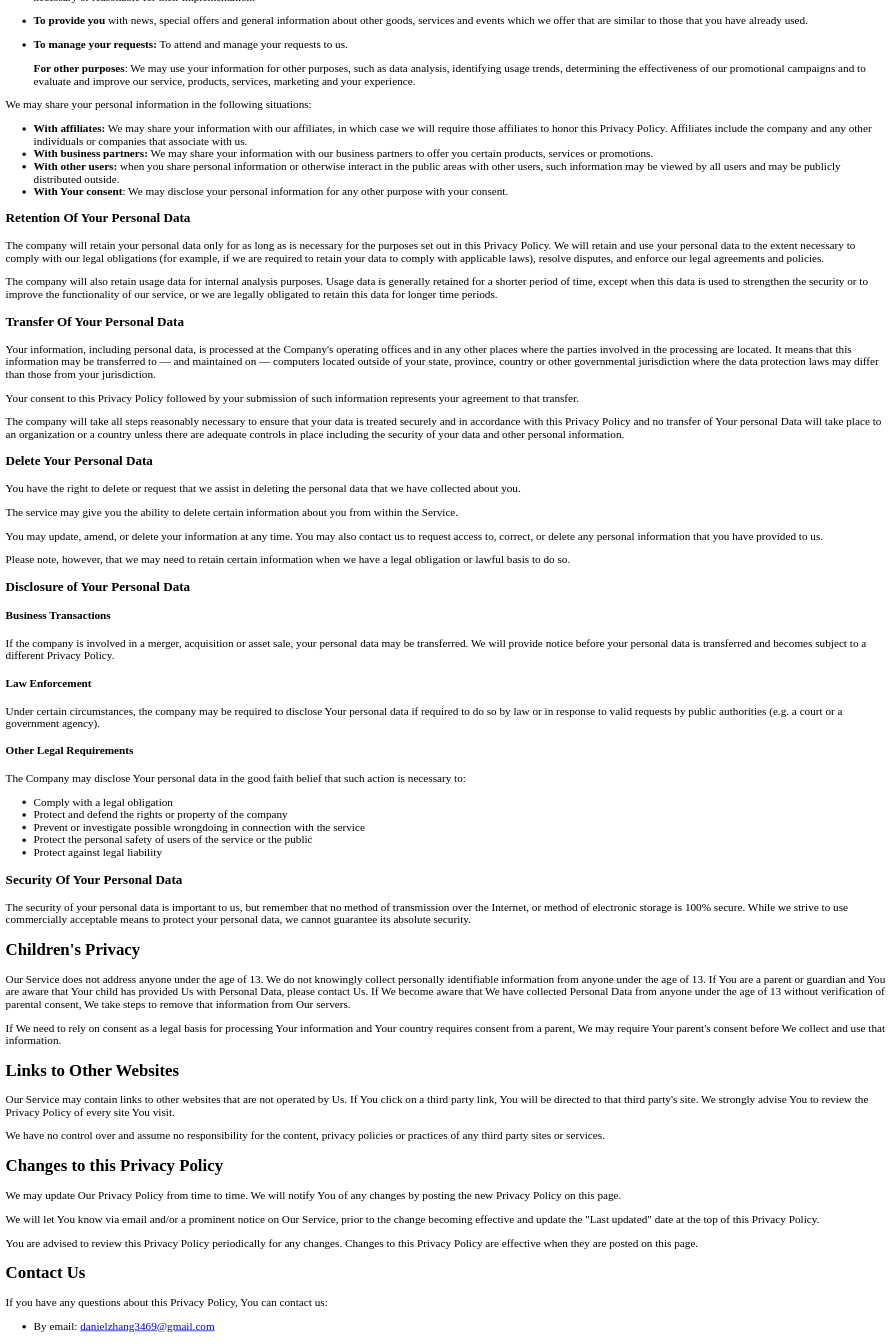
Repository: danielzhang2001/Clodbot
Page: privacy-policy.html
The author's editor kept a copy of each file at every save. The page is drawn from the files as they stood at one save, then again after the next save.
The browser window is 1280 px wide. The pictures show the part of the page from y = 1414 to 3334 px (the page is 3334 px tall before and 3300 px after), at 70% of full size.

Above is the page before, as saved 2024-04-18 01:59:11.

### privacy-policy.html
<h1>Privacy Policy</h1>
<p>Last updated: April 18, 2024</p>
<p>This Privacy Policy describes the policies and procedures on the collection, use and disclosure of your information
  when you use the Service and tells you about your privacy rights and how the law protects you.</p>
<p>We use your data from Pokemon Showdown to provide and improve the service. By using the service, you agree to the
  collection and use of information in accordance with this Privacy Policy. This Privacy Policy has been created with
  the help of the
  <a href="https://www.termsfeed.com/privacy-policy-generator/" target="_blank">Privacy Policy Generator</a>.
</p>
<h2>Interpretation and Definitions</h2>
<h3>Interpretation</h3>
<p>The words of which the initial letter is capitalized have meanings defined under the following conditions. The
  following definitions shall have the same meaning regardless of whether they appear in singular or in plural.</p>
<h3>Definitions</h3>
<p>For the purposes of this Privacy Policy:</p>
<ul>
  <li>
    <p><strong>Account</strong> means a unique account created for you to access our service or parts of our service.
    </p>
  </li>
  <li>
    <p><strong>Affiliate</strong> means an entity that controls, is controlled by or is under common control with a
      party, where &quot;control&quot; means ownership of 50% or more of the shares, equity interest or other securities
      entitled to vote for election of directors or other managing authority.</p>
  </li>
  <li>
    <p><strong>Application</strong> refers to Clodbot, the Discord bot program provided by the developer(s).</p>
  </li>
  <li>
    <p><strong>Company</strong> (referred to as either &quot;the Company&quot;, &quot;We&quot;, &quot;Us&quot; or
      &quot;Our&quot; in this Agreement) refers to Clodbot's developer(s).</p>
  </li>
  <li>
    <p><strong>Country</strong> refers to: Ontario, Canada</p>
  </li>
  <li>
    <p><strong>Device</strong> means any device that can access the service such as a computer, a cellphone or a digital
      tablet.</p>
  </li>
  <li>
    <p><strong>Personal Data</strong> is any information that relates to an identified or identifiable individual.</p>
  </li>
  <li>
    <p><strong>Service</strong> refers to the application.</p>
  </li>
  <li>
    <p><strong>Service Provider</strong> means any natural or legal person who processes the data on behalf of the
      company. It refers to third-party companies or individuals employed by the company to facilitate the Service, to
      provide the service on behalf of the company, to perform services related to the Service or to assist the company
      in analyzing how the service is used.</p>
  </li>
  <li>
    <p><strong>Usage Data</strong> refers to data collected automatically, either generated by the use of the service or
      from the service infrastructure itself (for example, the duration of a page visit).</p>
  </li>
  <li>
    <p><strong>You</strong> means the individual accessing or using the service, or the company, or other legal entity
      on behalf of which such individual is accessing or using the service, as applicable.</p>
  </li>
</ul>
<h2>Collecting and Using Your Personal Data</h2>
<h3>Types of Data Collected</h3>
<h4>Personal Data</h4>
<p>While using the service, you may be asked to provide certain personally identifiable information that can be
  used to contact or identify you. Personally identifiable information may include, but is not limited to:</p>
<ul>
  <li>Usage Data</li>
</ul>
<h4>Usage Data</h4>
<p>Usage Data is collected automatically when using the service.</p>
<p>Usage Data may include information such as your Device's Internet Protocol address (e.g. IP address), browser type,
  browser version, the pages of the service that you visit, the time and date of your visit, the time spent on those
  pages, unique device identifiers and other diagnostic data.</p>
<p>When You access the service by or through a mobile device, we may collect certain information automatically,
  including, but not limited to, the type of mobile device you use, your mobile device unique ID, the IP address of Your
  mobile device, your mobile operating system, the type of mobile Internet browser You use, unique device identifiers
  and other diagnostic data.</p>
<p>We may also collect information that your browser sends whenever you visit our service or when you access the service
  by or through a mobile device.</p>
<h3>Use of Your Personal Data</h3>
<p>The company may use personal data for the following purposes:</p>
<ul>
  <li>
    <p><strong>To provide and maintain our service</strong>, including to monitor the usage of our service.</p>
  </li>
  <li>
    <p><strong>To contact you:</strong> To contact you by email regarding updates or informative
      communications related to the functionalities, products or contracted services, including the security updates,
      when necessary or reasonable for their implementation.</p>
  </li>
  <li>
    <p><strong>To provide you</strong> with news, special offers and general information about other goods, services and
      events which we offer that are similar to those that you have already used.</p>
  </li>
  <li>
    <p><strong>To manage your requests:</strong> To attend and manage your requests to us.</p>
  </li>
  <p><strong>For other purposes</strong>: We may use your information for other purposes, such as data analysis,
    identifying usage trends, determining the effectiveness of our promotional campaigns and to evaluate and improve
    our service, products, services, marketing and your experience.</p>
  </li>
</ul>
<p>We may share your personal information in the following situations:</p>
<ul>
  <li><strong>With affiliates:</strong> We may share your information with our affiliates, in which case we will require
    those affiliates to honor this Privacy Policy. Affiliates include the company and any other individuals or
    companies that associate with us.</li>
  <li><strong>With business partners:</strong> We may share your information with our business partners to offer you
    certain products, services or promotions.</li>
  <li><strong>With other users:</strong> when you share personal information or otherwise interact in the public areas
    with other users, such information may be viewed by all users and may be publicly distributed outside.</li>
  <li><strong>With Your consent</strong>: We may disclose your personal information for any other purpose with your
    consent.</li>
</ul>
<h3>Retention Of Your Personal Data</h3>
<p>The company will retain your personal data only for as long as is necessary for the purposes set out in this Privacy
  Policy. We will retain and use your personal data to the extent necessary to comply with our legal obligations (for
  example, if we are required to retain your data to comply with applicable laws), resolve disputes, and enforce our
  legal agreements and policies.</p>
<p>The company will also retain usage data for internal analysis purposes. Usage data is generally retained for a
  shorter period of time, except when this data is used to strengthen the security or to improve the functionality of
  our service, or we are legally obligated to retain this data for longer time periods.</p>
<h3>Transfer Of Your Personal Data</h3>
<p>Your information, including personal data, is processed at the Company's operating offices and in any other places
  where the parties involved in the processing are located. It means that this information may be transferred to — and
  maintained on — computers located outside of your state, province, country or other governmental jurisdiction where
  the data protection laws may differ than those from your jurisdiction.</p>
<p>Your consent to this Privacy Policy followed by your submission of such information represents your agreement to that
  transfer.</p>
<p>The company will take all steps reasonably necessary to ensure that your data is treated securely and in accordance
  with this Privacy Policy and no transfer of Your personal Data will take place to an organization or a country unless
  there are adequate controls in place including the security of your data and other personal information.</p>
<h3>Delete Your Personal Data</h3>
<p>You have the right to delete or request that we assist in deleting the personal data that we have collected about
  you.</p>
<p>The service may give you the ability to delete certain information about you from within the Service.</p>
<p>You may update, amend, or delete your information at any time. You may also contact us to
  request access to, correct, or delete any personal information that you have provided to us.</p>
<p>Please note, however, that we may need to retain certain information when we have a legal obligation or lawful basis
  to do so.</p>
<h3>Disclosure of Your Personal Data</h3>
<h4>Business Transactions</h4>
<p>If the company is involved in a merger, acquisition or asset sale, your personal data may be transferred. We will
  provide notice before your personal data is transferred and becomes subject to a different Privacy Policy.</p>
<h4>Law Enforcement</h4>
<p>Under certain circumstances, the company may be required to disclose Your personal data if required to do so by law
  or in response to valid requests by public authorities (e.g. a court or a government agency).</p>
<h4>Other Legal Requirements</h4>
<p>The Company may disclose Your personal data in the good faith belief that such action is necessary to:</p>
<ul>
  <li>Comply with a legal obligation</li>
  <li>Protect and defend the rights or property of the company</li>
  <li>Prevent or investigate possible wrongdoing in connection with the service</li>
  <li>Protect the personal safety of users of the service or the public</li>
  <li>Protect against legal liability</li>
</ul>
<h3>Security Of Your Personal Data</h3>
<p>The security of your personal data is important to us, but remember that no method of transmission over the Internet,
  or method of electronic storage is 100% secure. While we strive to use commercially acceptable means to protect your
  personal data, we cannot guarantee its absolute security.</p>
<h2>Children's Privacy</h2>
<p>Our Service does not address anyone under the age of 13. We do not knowingly collect personally identifiable
  information from anyone under the age of 13. If You are a parent or guardian and You are aware that Your child has
  provided Us with Personal Data, please contact Us. If We become aware that We have collected Personal Data from anyone
  under the age of 13 without verification of parental consent, We take steps to remove that information from Our
  servers.</p>
<p>If We need to rely on consent as a legal basis for processing Your information and Your country requires consent from
  a parent, We may require Your parent's consent before We collect and use that information.</p>
<h2>Links to Other Websites</h2>
<p>Our Service may contain links to other websites that are not operated by Us. If You click on a third party link, You
  will be directed to that third party's site. We strongly advise You to review the Privacy Policy of every site You
  visit.</p>
<p>We have no control over and assume no responsibility for the content, privacy policies or practices of any third
  party sites or services.</p>
<h2>Changes to this Privacy Policy</h2>
<p>We may update Our Privacy Policy from time to time. We will notify You of any changes by posting the new Privacy
  Policy on this page.</p>
<p>We will let You know via email and/or a prominent notice on Our Service, prior to the change becoming effective and
  update the &quot;Last updated&quot; date at the top of this Privacy Policy.</p>
<p>You are advised to review this Privacy Policy periodically for any changes. Changes to this Privacy Policy are
  effective when they are posted on this page.</p>
<h2>Contact Us</h2>
<p>If you have any questions about this Privacy Policy, You can contact us:</p>
<ul>
  <li>By email: <a href="mailto:danielzhang3469@gmail.com">danielzhang3469@gmail.com</a></li>
</ul>

After the next save:
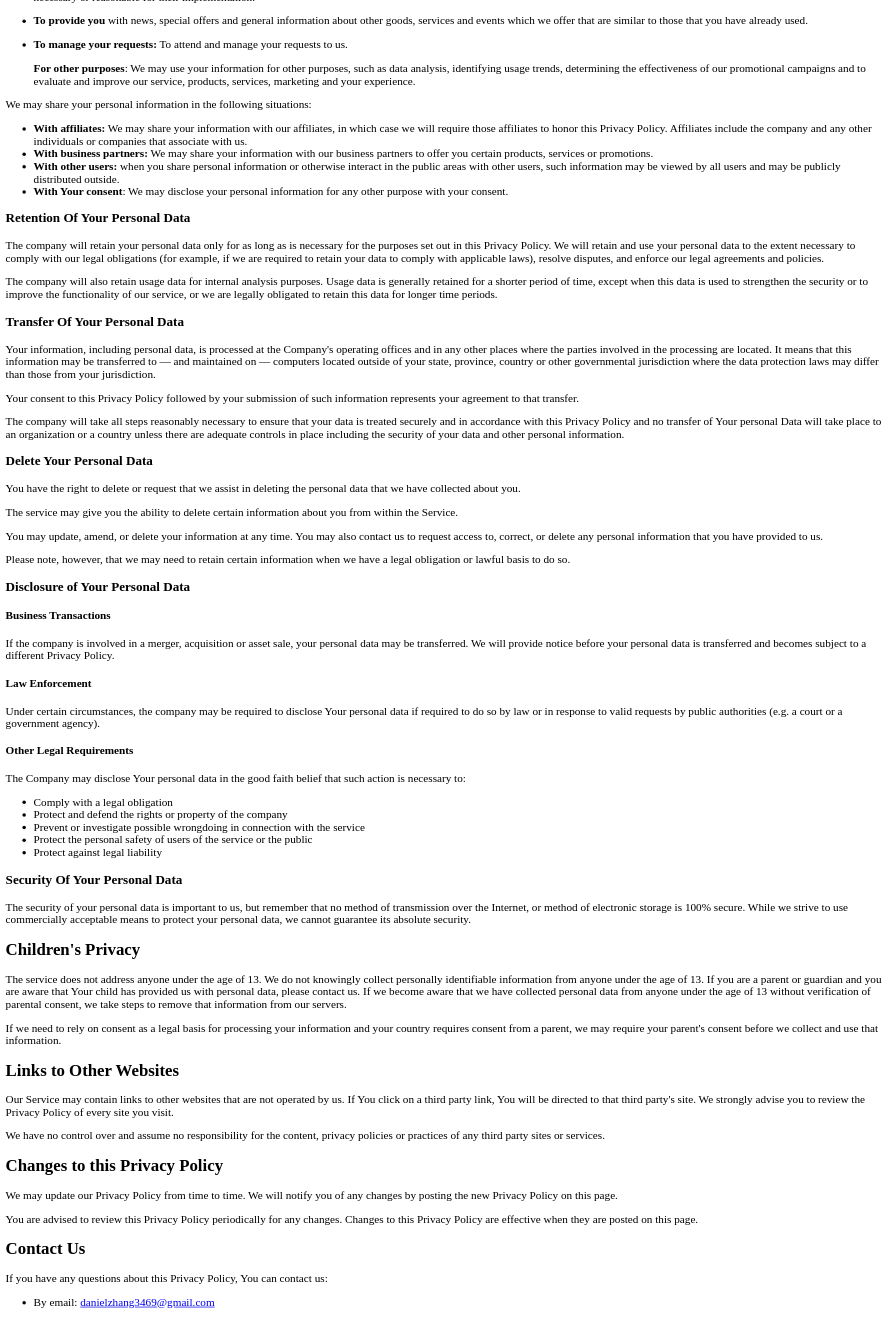
Saved 2 min 55 s later.
--- a/privacy-policy.html
+++ b/privacy-policy.html
@@ -159,24 +159,22 @@
   or method of electronic storage is 100% secure. While we strive to use commercially acceptable means to protect your
   personal data, we cannot guarantee its absolute security.</p>
 <h2>Children's Privacy</h2>
-<p>Our Service does not address anyone under the age of 13. We do not knowingly collect personally identifiable
-  information from anyone under the age of 13. If You are a parent or guardian and You are aware that Your child has
-  provided Us with Personal Data, please contact Us. If We become aware that We have collected Personal Data from anyone
-  under the age of 13 without verification of parental consent, We take steps to remove that information from Our
+<p>The service does not address anyone under the age of 13. We do not knowingly collect personally identifiable
+  information from anyone under the age of 13. If you are a parent or guardian and you are aware that Your child has
+  provided us with personal data, please contact us. If we become aware that we have collected personal data from anyone
+  under the age of 13 without verification of parental consent, we take steps to remove that information from our
   servers.</p>
-<p>If We need to rely on consent as a legal basis for processing Your information and Your country requires consent from
-  a parent, We may require Your parent's consent before We collect and use that information.</p>
+<p>If we need to rely on consent as a legal basis for processing your information and your country requires consent from
+  a parent, we may require your parent's consent before we collect and use that information.</p>
 <h2>Links to Other Websites</h2>
-<p>Our Service may contain links to other websites that are not operated by Us. If You click on a third party link, You
-  will be directed to that third party's site. We strongly advise You to review the Privacy Policy of every site You
+<p>Our Service may contain links to other websites that are not operated by us. If You click on a third party link, You
+  will be directed to that third party's site. We strongly advise you to review the Privacy Policy of every site you
   visit.</p>
 <p>We have no control over and assume no responsibility for the content, privacy policies or practices of any third
   party sites or services.</p>
 <h2>Changes to this Privacy Policy</h2>
-<p>We may update Our Privacy Policy from time to time. We will notify You of any changes by posting the new Privacy
+<p>We may update our Privacy Policy from time to time. We will notify you of any changes by posting the new Privacy
   Policy on this page.</p>
-<p>We will let You know via email and/or a prominent notice on Our Service, prior to the change becoming effective and
-  update the &quot;Last updated&quot; date at the top of this Privacy Policy.</p>
 <p>You are advised to review this Privacy Policy periodically for any changes. Changes to this Privacy Policy are
   effective when they are posted on this page.</p>
 <h2>Contact Us</h2>
